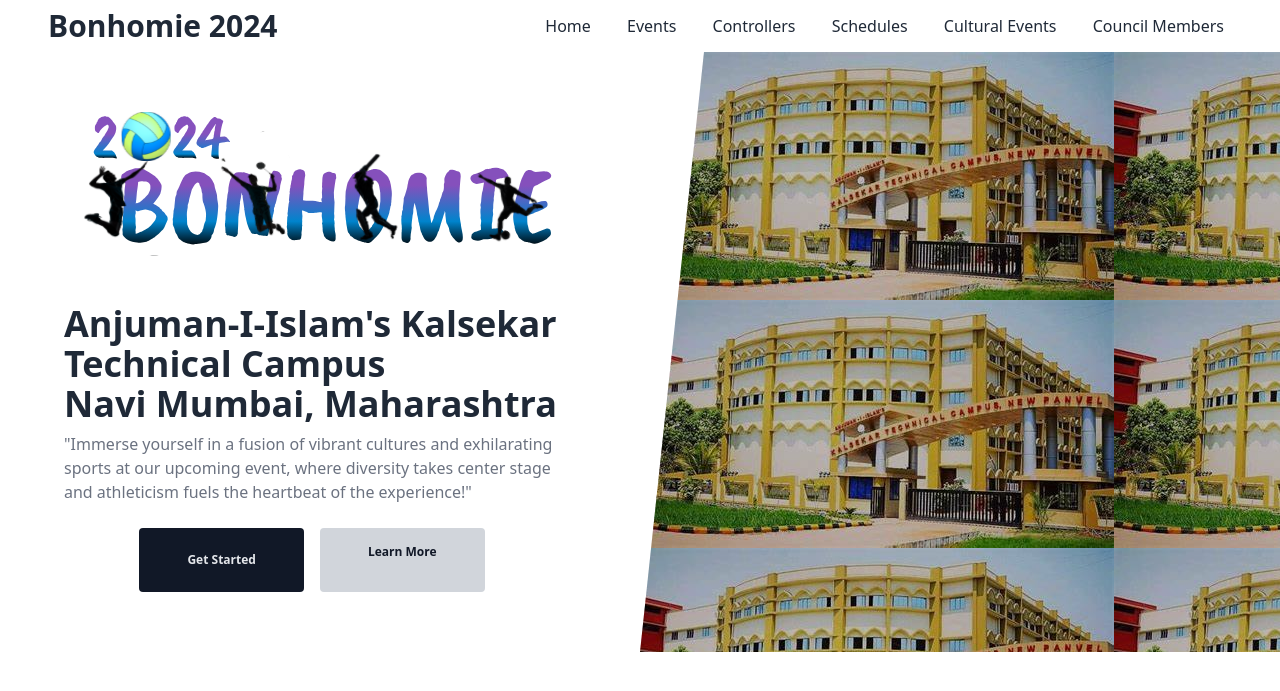
Repository: sshadulla22/Bonhomie2024
Page: Bonhomie 2024/index.html
These files come from the project's save history. The page is drawn as it stood at one moment and after a run of saves; the edit follows.
The browser window is 1280 px wide. The pictures show the whole page.
Some web libraries are served in a nearby version.

Above is the page before, as saved 2024-01-31 17:06:19.

After the next 4 saves:
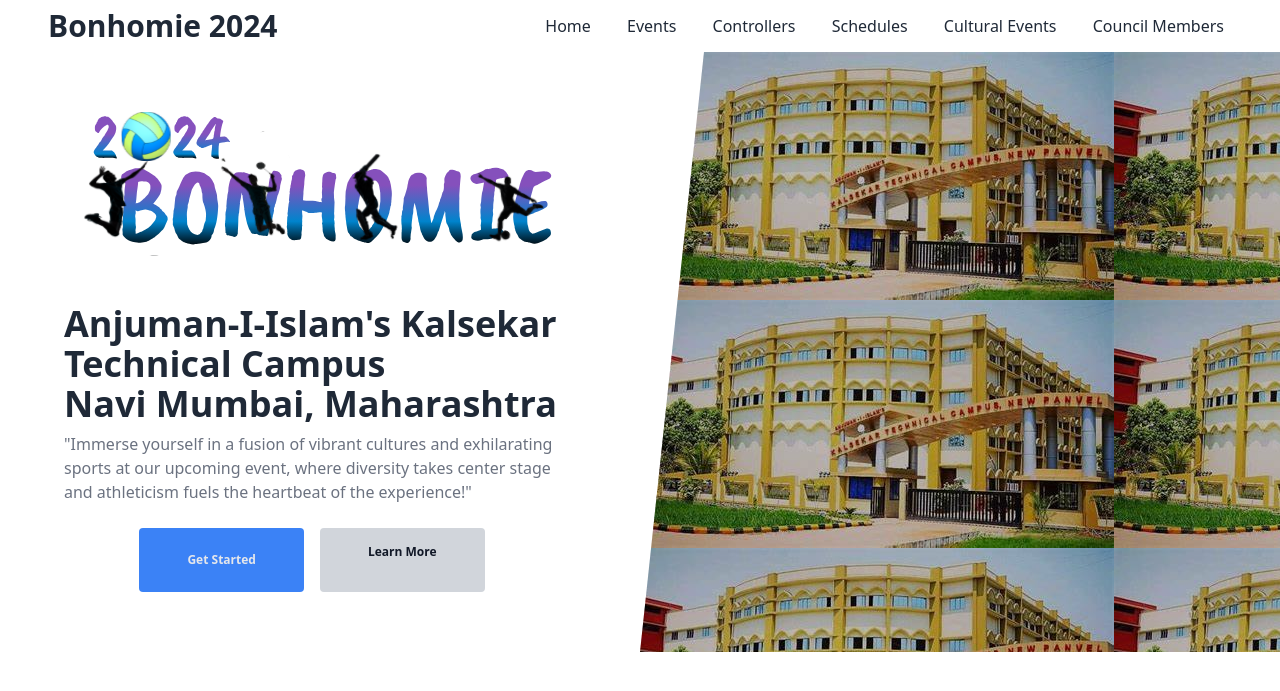
The 4 saves are shown as one change because they came seconds apart.
The last was saved 16 s later.
--- a/Bonhomie 2024/index.html
+++ b/Bonhomie 2024/index.html
@@ -42,7 +42,7 @@
                 <h2 class="text-3xl font-semibold text-gray-800 md:text-4xl">Anjuman-I-Islam's Kalsekar Technical Campus <br> Navi Mumbai, Maharashtra </h2>
                 <p class="mt-2 text-2xl text-gray-500 md:text-base">"Immerse yourself in a fusion of vibrant cultures and exhilarating sports at our upcoming event, where diversity takes center stage and athleticism fuels the heartbeat of the experience!"</p>
                 <div class="flex justify-center lg:justify-start mt-6">
-                    <a class="px-12 py-6 bg-gray-900 text-gray-200 text-xs font-semibold rounded hover:bg-gray-800" href="#">Get Started</a>
+                    <a class="px-12 py-6 bg-blue-500 text-gray-200 text-xs font-semibold rounded hover:bg-gray-800" href="#">Get Started</a>
                     <a class="mx-4 px-12 py-4 bg-gray-300 text-gray-900 text-xs font-semibold rounded hover:bg-gray-400" href="#">Learn More</a>
                 </div>
             </div>
